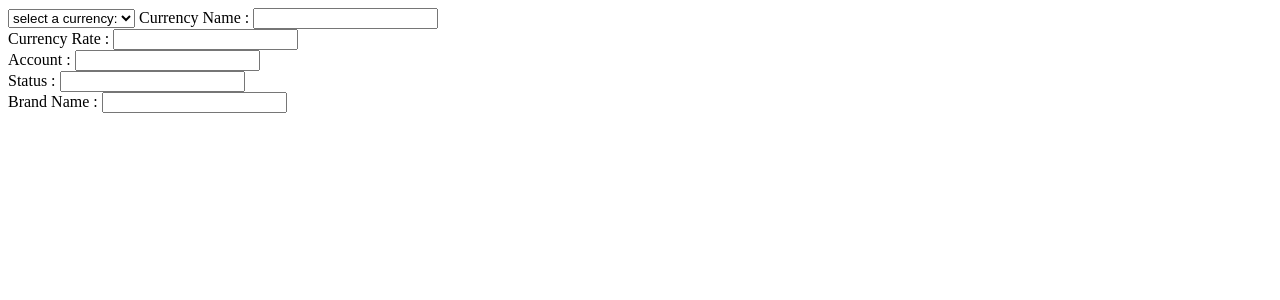
Repository: cheukyin21hk/DudeClothingConsole
Page: http://localhost/DudeClothing/WEB-INF/views/basicInfo.jsp
These files come from the project's save history. The page is drawn as it stood at one moment and after the next save; the edit follows.
The browser window is 1280 px wide. The pictures show the whole page.
The page is served by Tomcat 9. Nobody is signed in. The template is opened directly, without the code that normally fills it, so the values that code supplies are empty.

Above is the page before, as saved 2015-05-22 10:20:52.

After the next save:
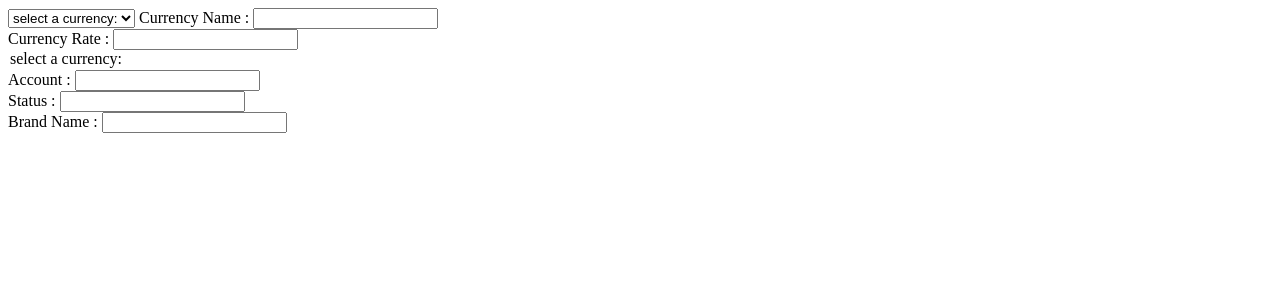
Saved 18 s later.
--- a/DudeClothing/src/main/webapp/WEB-INF/views/basicInfo.jsp
+++ b/DudeClothing/src/main/webapp/WEB-INF/views/basicInfo.jsp
@@ -19,6 +19,7 @@
 </div>
 
 <div class="legend1" id="accountForm">
+<option>select a currency:</option>
 Account : <input type="text"><br/>
 </div>
 
